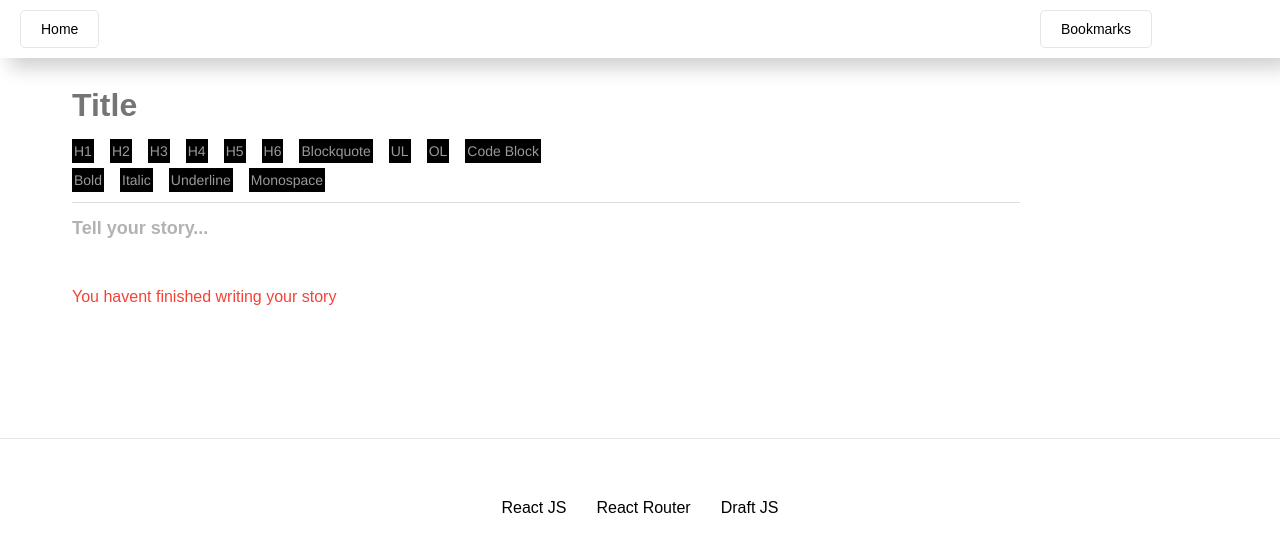
Repository: DevLaukey/task
Page: /react-mini-blog/new
These files come from the project's save history. The page is drawn as it stood at one moment and after the next save; the edit follows.
The browser window is 1280 px wide. The pictures show the whole page.
The project was rebuilt for these pictures with package versions that can differ from the ones it lists, and the page was loaded fresh each time. Also part of the build but not shown: src/data.js, src/helper.js, src/Components/content/content.css, src/Components/content/Bookmarks.js, src/Components/content/Post.js, src/Components/content/Posts.js, src/Components/content/Content.js, src/Components/content/Bookmark.js and 1 more.

Above is the page before, as saved 2022-06-13 14:34:35.

After the next save:
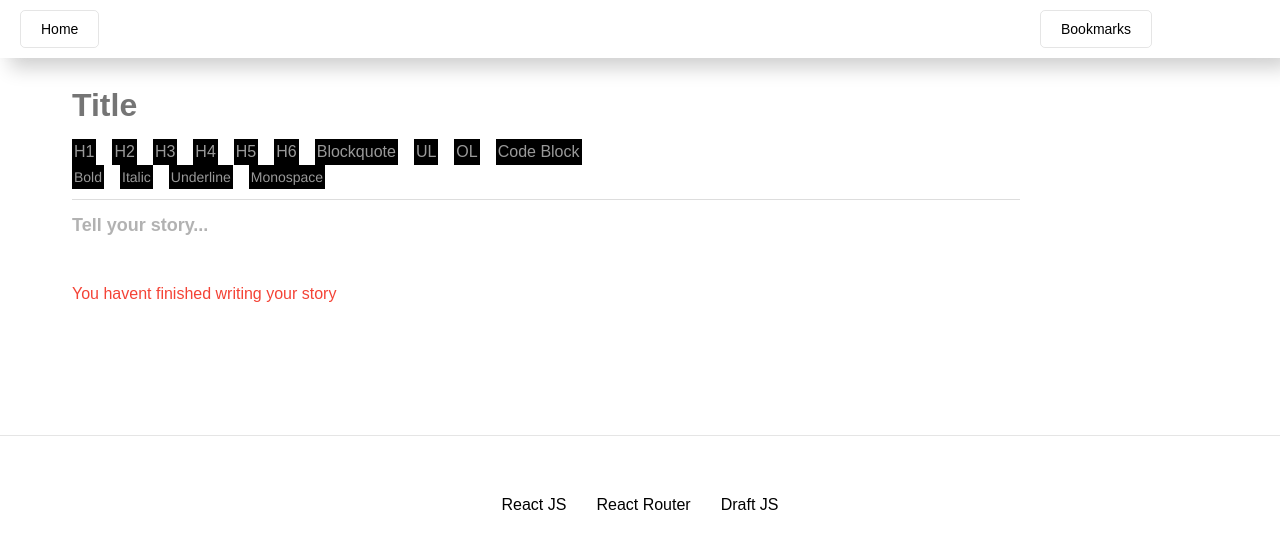
Saved 2 min 0 s later.
--- a/src/Components/RichText/BlockStyleControls.js
+++ b/src/Components/RichText/BlockStyleControls.js
@@ -23,7 +23,7 @@
     .getBlockForKey(selection.getStartKey())
     .getType();
   return (
-    <div className="RichEditor-controls">
+    <div className="RichEditor-cotrols">
       {BLOCK_TYPES.map((type) =>
         <StyleButton
           key={type.label}

After the save that followed:
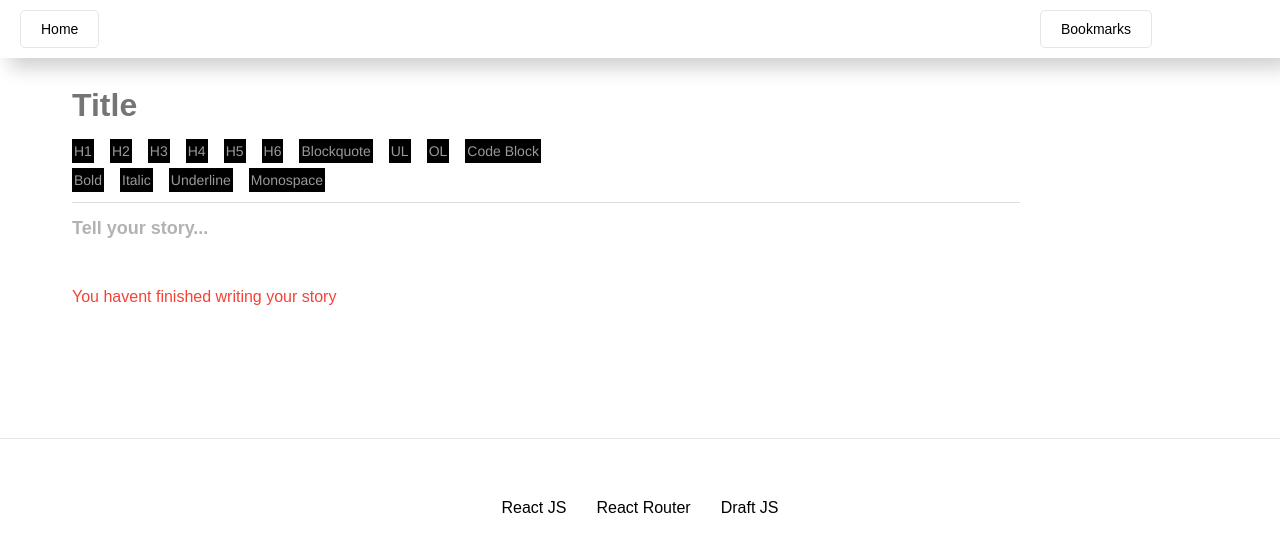
Saved 9 s later.
--- a/src/Components/RichText/BlockStyleControls.js
+++ b/src/Components/RichText/BlockStyleControls.js
@@ -23,7 +23,7 @@
     .getBlockForKey(selection.getStartKey())
     .getType();
   return (
-    <div className="RichEditor-cotrols">
+    <div className="RichEditor-controls">
       {BLOCK_TYPES.map((type) =>
         <StyleButton
           key={type.label}
